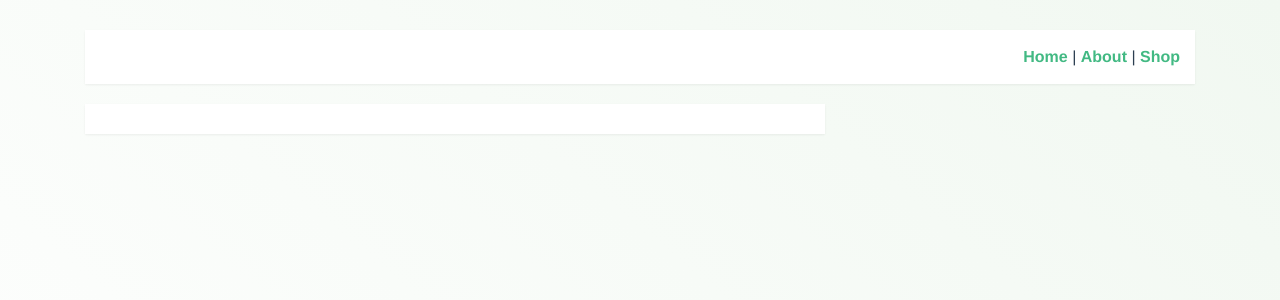
Repository: ramcd86/vuetest
Page: /#/shop
These files come from the project's save history. The page is drawn as it stood at one moment and after the next save; the edit follows.
The browser window is 1280 px wide. The pictures show the whole page.
Some web libraries are served in a nearby version. The project was rebuilt for these pictures with package versions that can differ from the ones it lists, and the page was loaded fresh each time. Requests to the local data server were answered from the project's data file. Also part of the build but not shown: src/components/HelloWorld.vue, src/views/Home.vue.

Above is the page before, as saved 2019-07-08 14:11:05.

### public/index.html
<!DOCTYPE html>
<html lang="en">
  <head>
    <meta charset="utf-8">
    <meta http-equiv="X-UA-Compatible" content="IE=edge">
    <meta name="viewport" content="width=device-width,initial-scale=1.0">
    <link rel="icon" href="<%= BASE_URL %>favicon.ico">
    <link href="https://stackpath.bootstrapcdn.com/bootstrap/4.3.1/css/bootstrap.min.css" rel="stylesheet" integrity="sha384-ggOyR0iXCbMQv3Xipma34MD+dH/1fQ784/j6cY/iJTQUOhcWr7x9JvoRxT2MZw1T" crossorigin="anonymous">
    <title>storeapp</title>
    <style>
    body {
      margin: 0px;
      padding: 0px;
    }
    .container-fluid {
      background: rgb(241,248,241);
      background: -moz-linear-gradient(220deg, rgba(241,248,241,1) 0%, rgba(255,255,255,1) 100%);
      background: -webkit-linear-gradient(220deg, rgba(241,248,241,1) 0%, rgba(255,255,255,1) 100%);
      background: linear-gradient(220deg, rgba(241,248,241,1) 0%, rgba(255,255,255,1) 100%);
      filter: progid:DXImageTransform.Microsoft.gradient(startColorstr="#f1f8f1",endColorstr="#ffffff",GradientType=1);
      min-height: 100vh;
      padding-bottom: 200px;
    }
    </style>
  </head>
  <body>
    <noscript>
      <strong>We're sorry but storeapp doesn't work properly without JavaScript enabled. Please enable it to continue.</strong>
    </noscript>
    <main  class="container-fluid">
    <div id="app"></div>
  </main>
    <!-- built files will be auto injected -->
    <script src="https://kit.fontawesome.com/5e1ed9e834.js"></script>

  </body>
</html>

### src/App.vue
<template>
  <div id="app">
    <div id="nav" class="container">
    <div class="row">
      <div class="col-12 block text-right">
            <router-link to="/">Home</router-link> |
            <router-link to="/about">About</router-link> |
            <router-link :to="{ name: 'shop', params: { queryData } }">Shop</router-link>
      </div>
    </div>
        <router-view />
    </div>

  </div>
</template>


<script>
import { get, post } from "@/helpers/Utilities.js";

export default {


  data() {
    return {
      get: get,
      post: post,

      queryData:  {
        shirts: '',
        shoes: ''
      }
    };
  },

  created() {
    this.get("http://localhost:3000/shirts").then(resp => {
      this.queryData.shirts = JSON.parse(resp);
    });
    this.get("http://localhost:3000/shoes").then(resp => {
      this.queryData.shoes = JSON.parse(resp);
    });

  },

  methods: {},

  mounted() {
    console.log(this.queryData);
  }
};
</script>


<style lang="scss">

.block {
  background-color: #fff;
  padding: 15px;
  // border-radius: 10px;
    box-shadow: 0 1px 3px rgba(0,0,0,0.03), 0 1px 2px rgba(0,0,0,0.03);
  transition: all 0.3s cubic-bezier(.25,.8,.25,1);
  margin-bottom: 20px
}

#app {
  font-family: "Avenir", Helvetica, Arial, sans-serif;
  -webkit-font-smoothing: antialiased;
  -moz-osx-font-smoothing: grayscale;
  // text-align: center;
  color: #2c3e50;
}
#nav {
  padding: 30px;
  a {
    font-weight: bold;
    color: #42b983;
    &.router-link-exact-active {
      color: #42b983;
    }
  }
}
</style>

### src/router.js
import Vue from 'vue'
import Router from 'vue-router'
import Home from './views/Home.vue'
import Shop from './views/Shop.vue'

Vue.use(Router)

export default new Router({
  routes: [
    {
      path: '/',
      name: 'home',
      component: Home
    },
    {
      path: '/shop',
      name: 'shop',
      component: Shop,
      props: true
    },
    {
      path: '/about',
      name: 'about',
      // route level code-splitting
      // this generates a separate chunk (about.[hash].js) for this route
      // which is lazy-loaded when the route is visited.
      component: () => import(/* webpackChunkName: "about" */ './views/About.vue')
    }
  ]
})

### src/helpers/Utilities.js
export const logger = (arg) => {
    console.log(arg);
}


export const post = (value) => {
    return new Promise((resolve, reject) => {
        const request = new XMLHttpRequest();
        request.timeout = 2000;
        request.open('POST', value.url, true);
        request.setRequestHeader('Content-Type', 'application/x-www-form-urlencoded; charset=UTF-8');
        request.send(value.data);
        request.onreadystatechange = (e) => {
            if (request.readyState === 4) {
                if (request.status === 200) {
                    resolve(request.response);
                } else {
                    reject(request.status);
                }
            }
        };
        request.timeout = () => {
            reject("The operation timed out.");
        };
    });

}

export const get = (url) => {
    return new Promise((resolve, reject) => {
        const request = new XMLHttpRequest();
        request.timeout = 2000;
        request.onreadystatechange = function (e) {
            if (request.readyState === 4) {
                if (request.status === 200) {
                    resolve(request.response);
                } else {
                    reject(request.status);
                }
            }
        };
        request.ontimeout = function () {
            reject("The operation timed out.");
        };
        request.open('get', url, true);
        request.send();
    });
}

### src/views/Shop.vue

// Template
<template>
    <div class="row">
    <div class="col-8 block text-left">
        <ProductList v-bind:products="queryData"></ProductList>
    </div>
    <div class="col-4">
    </div>

    </div>
</template>

// Script
<script>

import ProductList from '@/components/ProductList.vue'

export default {

    components: {
        ProductList
    },

    name: 'shop',

    props: ['queryData'],

    data() {
        return {
            dataSet: [],
            inputData: ''
            }
    },

    created() {
        this.dataSet = this.queryData;
    },

    mounted() {
        // console.log(this.dataSet);
    },

    // watch: {
    //     inputData(val) {
    //         console.log(val)
    //     }
    // }
}
</script>

// Style
<style lang="scss" scoped>


</style>

### src/components/ProductList.vue

// Template
<template>
    <div class="row">
        <div class="col-12">
        <div class="row">
                <div class="col-12 header">See our range of Shirts!</div>
                <div class="col-4 clothing-item" v-for="item in products.shirts" v-bind:key="item.id">

                    <div class="col-12 text-center"><i class="fab fa-shirtsinbulk"></i></div>

                    <div class="col-12"><h2>{{item.shirtName}}</h2></div>

                    <div class="col-12 form-group">
                        <label for="shirtSize">Shirt Size:</label>
                        <select id="shirtSize" class="form-control">
                            <option v-for="(color, index) in item.shirtColor" :key="`color-${index}`" :value="color">{{color}}</option>
                        </select>
                    </div>
                    <div class="col-12 form-group">
                                           <label for="shirtSize">Shirt Size:</label>
                        <select class="form-control">
                            <option v-for="(size, index) in item.shirtSize" :key="`size-${index}`" :value="size">{{size}}</option>
                        </select>
                    </div>
                    <div class="col-12"><h3>{{item.price}}</h3></div>
                </div>
        </div>

        </div>
    </div>
</template>

// Script
<script>
export default {
    name: 'productlist',

    props: {
        products: Object
    },

    data() {
        return {
            productData: [],
            // productData: ''
            }
    },

    created() {
        this.dataSet = this.productData;
    },

    mounted() {
        console.log(this.products.shirts);
    },

    watch: {
        inputData(val) {
            console.log(val)
        }
    }
}
</script>

// Style
<style lang="scss" scoped>

    .header {
        background-color: rgb(252, 252, 252);
        // margin-left: 15px;
        font-size: 22px;
        font-weight: 600;
        padding: 10px;
        margin-bottom: 15px;
        box-shadow: 0 1px 3px rgba(0,0,0,0.03), 0 1px 2px rgba(0,0,0,0.03);
        transition: all 0.3s cubic-bezier(.25,.8,.25,1);
    }

    i {
        font-size: 160px;
        margin-top: 10px;
        margin-bottom: 10px;
        color: #555;
    }

    h2 {
        font-size: 26px;
        font-weight: 900;
    }

    h3 {
        font-size: 20px;
        font-weight: 600;
    }

    .clothing-item {
        margin: {
            bottom: 10px;
        }
    }

</style>

### src/mock/db.json
{
  "employees": [
    {
      "id": 1,
      "first_name": "Sebastian",
      "last_name": "Eschweiler",
      "email": "sebastian@codingthesmartway.com"
    },
    {
      "id": 2,
      "first_name": "Steve",
      "last_name": "Palmer",
      "email": "steve@codingthesmartway.com"
    },
    {
      "id": 3,
      "first_name": "Ann",
      "last_name": "Smith",
      "email": "ann@codingthesmartway.com"
    }
  ],
  "shirts": [
    {
      "id": 1,
      "shirtName": "Long Polo",
      "shirtColor": ["Black", "White", "Hawaiian", "Blue", "Yellow", "Red", "Green"],
      "shirtSize": ["XXS", "XS", "S", "M", "L", "XL", "XXL"],
      "price": 10.99
    },
    {
        "id": 2,
        "shirtName": "V-Neck Cuff",
        "shirtColor": ["Black", "White", "Hawaiian", "Blue", "Yellow", "Red", "Green"],
        "shirtSize": ["XXS", "XS", "S", "M", "L", "XL", "XXL"],
        "price": 9.99
      },
      {
        "id": 3,
        "shirtName": "Patch Tee",
        "shirtColor": ["Black", "White", "Hawaiian", "Blue", "Yellow", "Red", "Green"],
        "shirtSize": ["XXS", "XS", "S", "M", "L", "XL", "XXL"],
        "price": 13.99
      },
      {
        "id": 4,
        "shirtName": "High Tee",
        "shirtColor": ["Black", "White", "Hawaiian", "Blue", "Yellow", "Red", "Green"],
        "shirtSize": ["XXS", "XS", "S", "M", "L", "XL", "XXL"],
        "price": 19.99
      },
      {
        "id": 5,
        "shirtName": "Low Tee",
        "shirtColor": ["Black", "White", "Hawaiian", "Blue", "Yellow", "Red", "Green"],
        "shirtSize": ["XXS", "XS", "S", "M", "L", "XL", "XXL"],
        "price": 20.99
      },
      {
        "id": 6,
        "shirtName": "Round Cut",
        "shirtColor": ["Black", "White", "Hawaiian", "Blue", "Yellow", "Red", "Green"],
        "shirtSize": ["XXS", "XS", "S", "M", "L", "XL", "XXL"],
        "price": 16.99
      },
      {
        "id": 7,
        "shirtName": "Short Cut",
        "shirtColor": ["Black", "White", "Hawaiian", "Blue", "Yellow", "Red", "Green"],
        "shirtSize": ["XXS", "XS", "S", "M", "L", "XL", "XXL"],
        "price": 12.99
      },
      {
        "id": 8,
        "shirtName": "Button Trim",
        "shirtColor": ["Black", "White", "Hawaiian", "Blue", "Yellow", "Red", "Green"],
        "shirtSize": ["XXS", "XS", "S", "M", "L", "XL", "XXL"],
        "price": 7.99
      },
      {
        "id": 9,
        "shirtName": "High Top Cut",
        "shirtColor": ["Black", "White", "Hawaiian", "Blue", "Yellow", "Red", "Green"],
        "shirtSize": ["XXS", "XS", "S", "M", "L", "XL", "XXL"],
        "price": 5.99
      }
  ],
  "shoes": [
    {
      "id": 1,
      "shirtName": "Nike Run",
      "shirtColor": ["Street", "Green", "Rainbow", "Panther", "Cammo", "Sports", "Electric"],
      "shirtSize": [4, 5, 6, 7, 8, 9, 10, 11, 12, 13],
      "price": 59.99
    },
    {
        "id": 2,
        "shirtName": "Asics Treader",
        "shirtColor": ["Street", "Green", "Rainbow", "Panther", "Cammo", "Sports", "Electric"],
        "shirtSize": [4, 5, 6, 7, 8, 9, 10, 11, 12, 13],
        "price": 49.99
      },
      {
        "id": 3,
        "shirtName": "Reebok Feet",
        "shirtColor": ["Street", "Green", "Rainbow", "Panther", "Cammo", "Sports", "Electric"],
        "shirtSize": [4, 5, 6, 7, 8, 9, 10, 11, 12, 13],
        "price": 99.99
      },
      {
        "id": 4,
        "shirtName": "Addidias Hiker",
        "shirtColor": ["Street", "Green", "Rainbow", "Panther", "Cammo", "Sports", "Electric"],
        "shirtSize": [4, 5, 6, 7, 8, 9, 10, 11, 12, 13],
        "price": 39.99
      },
      {
        "id": 5,
        "shirtName": "Maran AmBUlates",
        "shirtColor": ["Street", "Green", "Rainbow", "Panther", "Cammo", "Sports", "Electric"],
        "shirtSize": [4, 5, 6, 7, 8, 9, 10, 11, 12, 13],
        "price": 149.99
      },
      {
        "id": 6,
        "shirtName": "House Sprinters",
        "shirtColor": ["Street", "Green", "Rainbow", "Panther", "Cammo", "Sports", "Electric"],
        "shirtSize": [4, 5, 6, 7, 8, 9, 10, 11, 12, 13],
        "price": 89.99
      },
      {
        "id": 7,
        "shirtName": "Dukang Ionics",
        "shirtColor": ["Street", "Green", "Rainbow", "Panther", "Cammo", "Sports", "Electric"],
        "shirtSize": [4, 5, 6, 7, 8, 9, 10, 11, 12, 13],
        "price": 239.99
      },
      {
        "id": 8,
        "shirtName": "Yeezy's",
        "shirtColor": ["Street", "Green", "Rainbow", "Panther", "Cammo", "Sports", "Electric"],
        "shirtSize": [4, 5, 6, 7, 8, 9, 10, 11, 12, 13],
        "price": 239.99
      },
      {
        "id": 9,
        "shirtName": "Fetchwear Black Opal",
        "shirtColor": ["Black", "White", "Hawaiian", "Blue", "Yellow", "Red", "Green"],
        "shirtSize": ["XXS", "XS", "S", "M", "L", "XL", "XXL"],
        "price": 74.99
      }
  ]
}

Loaded but not shown: src/main.js (common file)

After the next save:
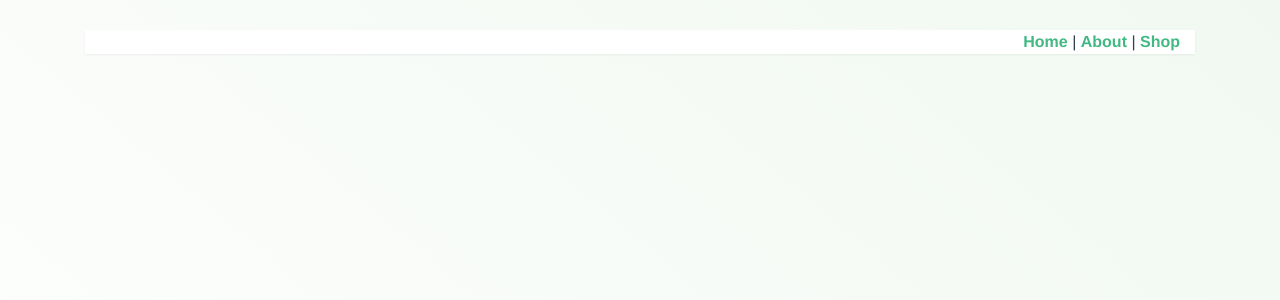
Saved 22 s later.
--- a/src/App.vue
+++ b/src/App.vue
@@ -56,7 +56,7 @@
 
 .block {
   background-color: #fff;
-  padding: 15px;
+  // padding: 15px;
   // border-radius: 10px;
     box-shadow: 0 1px 3px rgba(0,0,0,0.03), 0 1px 2px rgba(0,0,0,0.03);
   transition: all 0.3s cubic-bezier(.25,.8,.25,1);

After the save that followed:
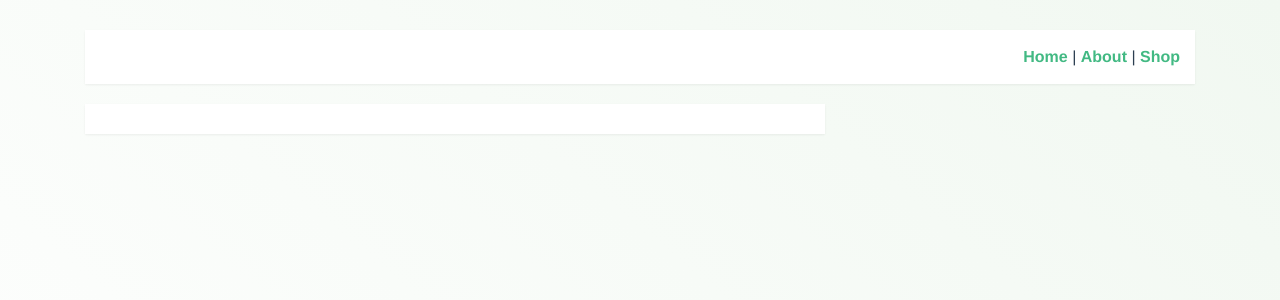
Saved 21 s later.
--- a/src/App.vue
+++ b/src/App.vue
@@ -56,7 +56,7 @@
 
 .block {
   background-color: #fff;
-  // padding: 15px;
+  padding: 15px;
   // border-radius: 10px;
     box-shadow: 0 1px 3px rgba(0,0,0,0.03), 0 1px 2px rgba(0,0,0,0.03);
   transition: all 0.3s cubic-bezier(.25,.8,.25,1);
